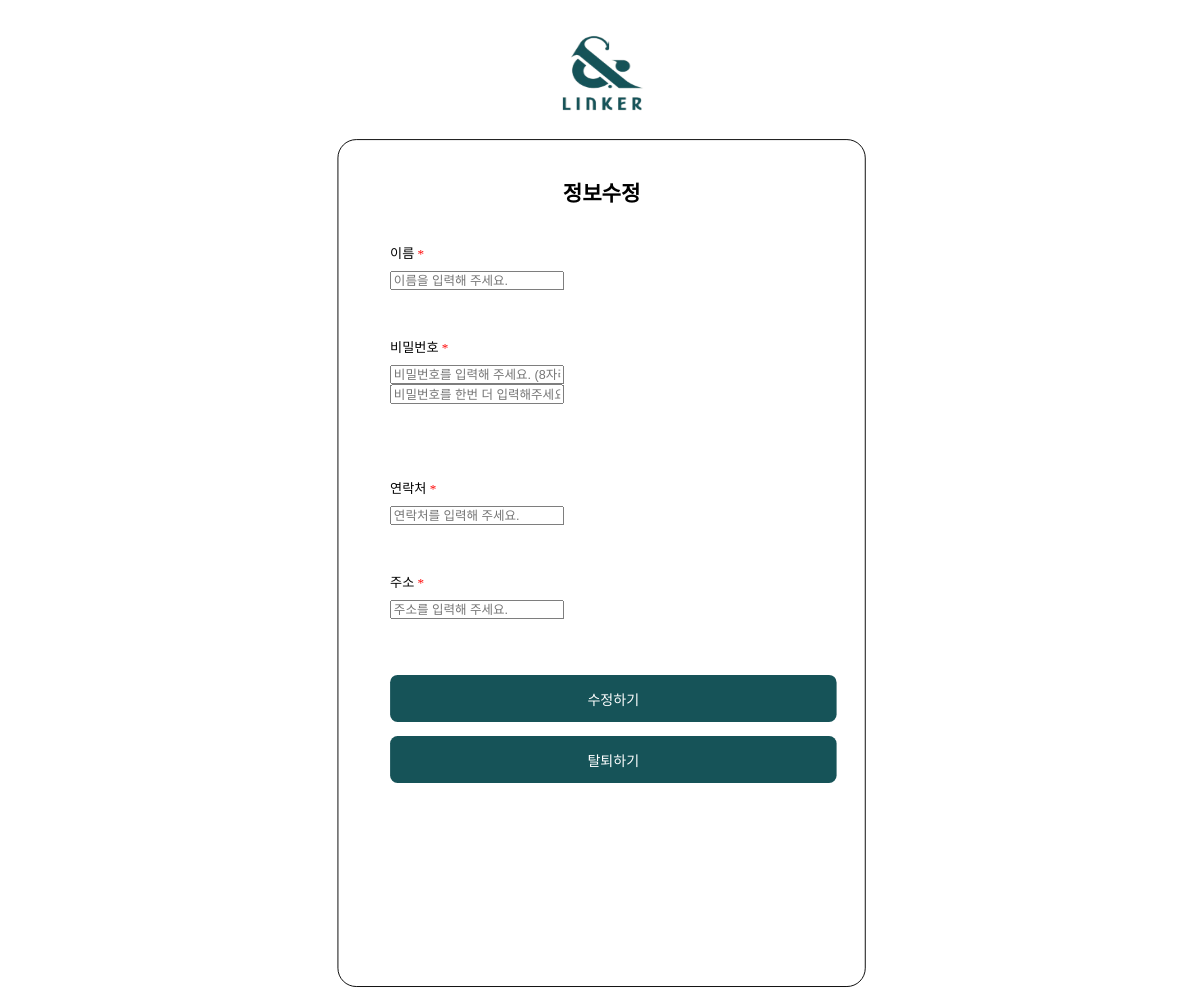
Repository: soomseting/let_me_go
Page: http://localhost/LINKER_re/jsp/main/user_update.jsp
The author's editor kept a copy of each file at every save. The page is drawn from the files as they stood at one save, then again after a run of saves.
The browser window is 1280 px wide. The pictures show the whole page, at 94% of full size.
The pointer rests on the first visible `.su_con_for>.sui1`.
The page is served by Tomcat 9.

Above is the page before, as saved 2025-03-24 05:53:23.
Console error: TypeError: Cannot set properties of null (setting 'onclick')

After the next 2 saves:
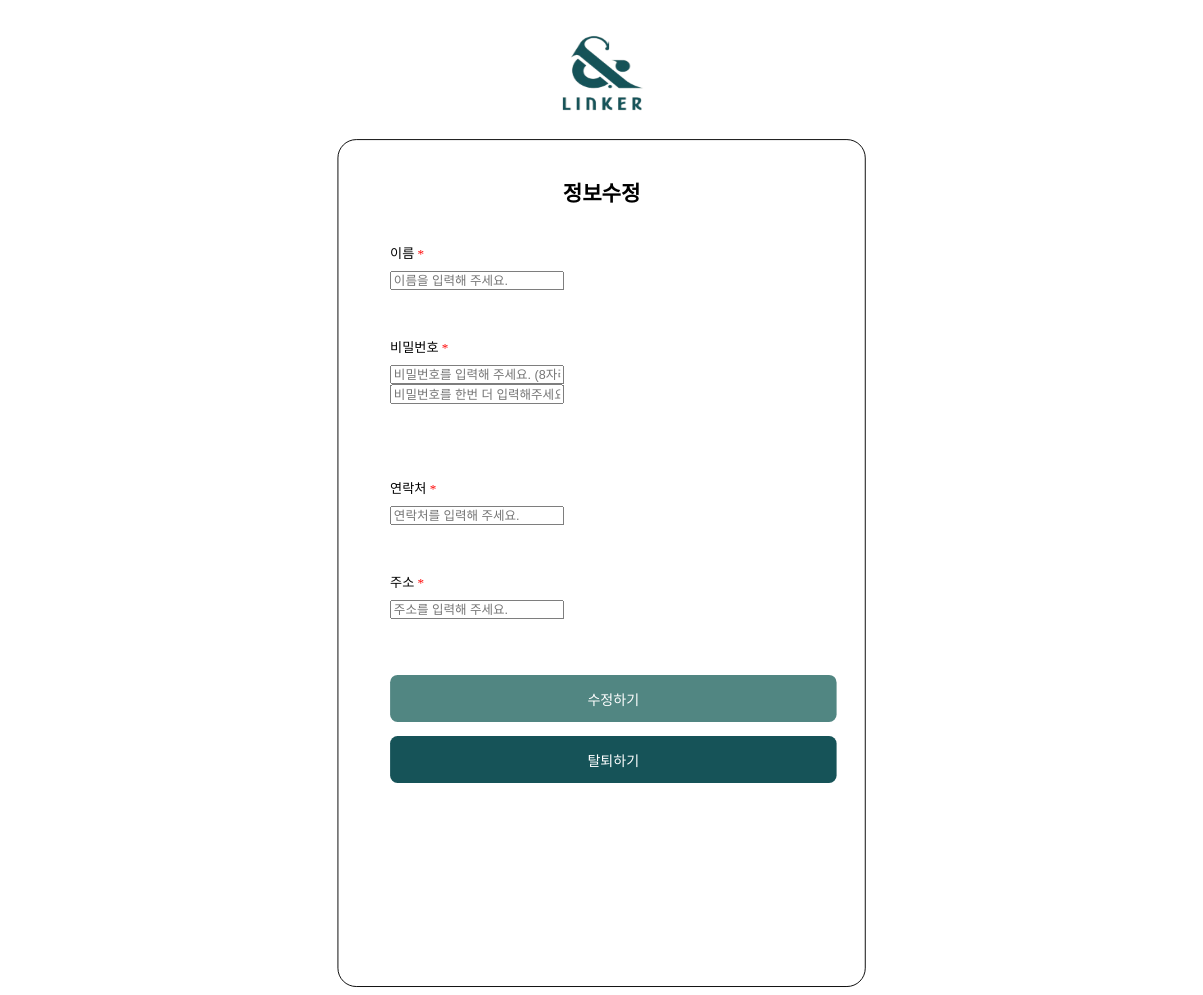
The 2 saves are shown as one change because they came seconds apart.
The last was saved 7 s later.
--- a/LINKER_re/src/main/webapp/css/sign_up.css
+++ b/LINKER_re/src/main/webapp/css/sign_up.css
@@ -15,8 +15,8 @@
 .su_con_one{margin-top: 50px;}
 /* .su_con_for{margin-top: 15px;} */
 .su_con_for button{width: 475px;height: 50px; margin-top: 10px; background: #165358; color: #fff;font-size: 15px;transition: 0.3s;border: none;}
-.su_con_for>.sui1:hover input{background: #518682; transition: 0.3s;border: none;cursor: pointer;}
-.su_con_for>.sui2:hover input{background: #518682; transition: 0.3s;border: none;cursor: pointer;}
+.su_con_for>.sui1:hover button{background: #518682; transition: 0.3s;border: none;cursor: pointer;}
+.su_con_for>.sui2:hover button{background: #518682; transition: 0.3s;border: none;cursor: pointer;}
 
 #sign_up_agree{font-size: 10px;margin-bottom: 10px;color: rgb(154, 155, 167);}
 
